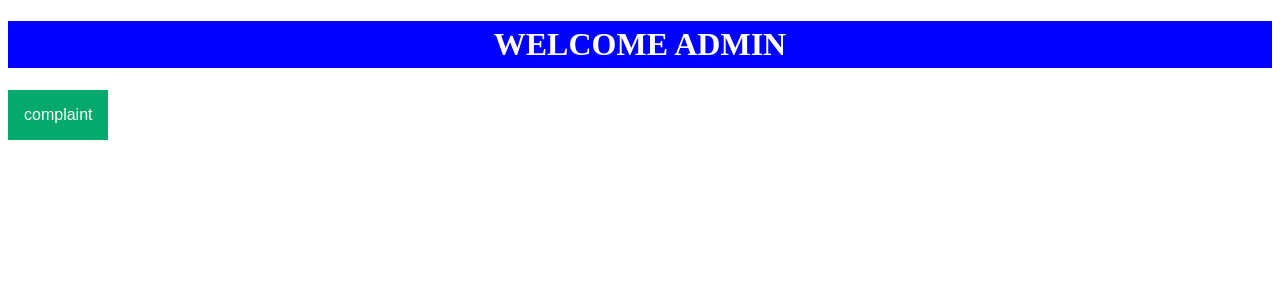
Repository: Jobinte/KSEB-PROJECT
Page: KSEB-complaint-management/WebContent/admin.html
The author's editor kept a copy of each file at every save. The page is drawn from the files as they stood at one save, then again after the next save.
The browser window is 1280 px wide. The pictures show the whole page.

Above is the page before, as saved 2023-11-21 09:50:02.

After the next save:
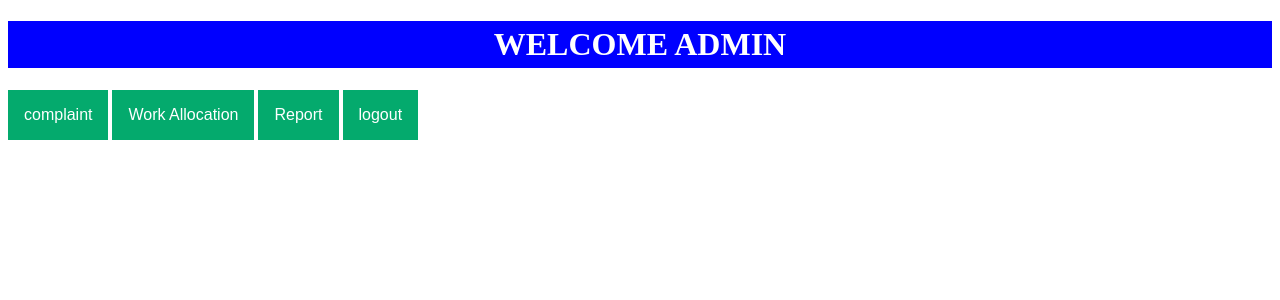
Saved 5 min 7 s later.
--- a/KSEB-complaint-management/WebContent/admin.html
+++ b/KSEB-complaint-management/WebContent/admin.html
@@ -13,11 +13,36 @@
   <button class="dropbtn">complaint</button>
   <div class="dropdown-content">
     <a href="#"> Register complaint </a>
-    <a href="#"> editcomplaint </a>
+    <a href="#"> edit complaint </a>
     <a href="#"> complaint status</a>
   </div>
 </div>
 
+<div class="dropdown">
+  <button class="dropbtn">Work Allocation</button>
+  <div class="dropdown-content">
+    <a href="#"> Work Allocate  </a>
+    <a href="#"> view Work Allocation  </a>
+
+  </div>
+</div>
+
+<div class="dropdown">
+  <button class="dropbtn">Report</button>
+  <div class="dropdown-content">
+    <a href="#"> work report  </a>
+    <a href="#"> complaint report </a>
+    <a href="#">payment report </a>
+  </div>
+</div>
+<div class="dropdown">
+  <button class="dropbtn">logout</button>
+  <div class="dropdown-content">
+    <a href="#">   </a>
+    <a href="#">  </a>
+    <a href="#"> </a>
+  </div>
+</div>
 
 
 </body>
